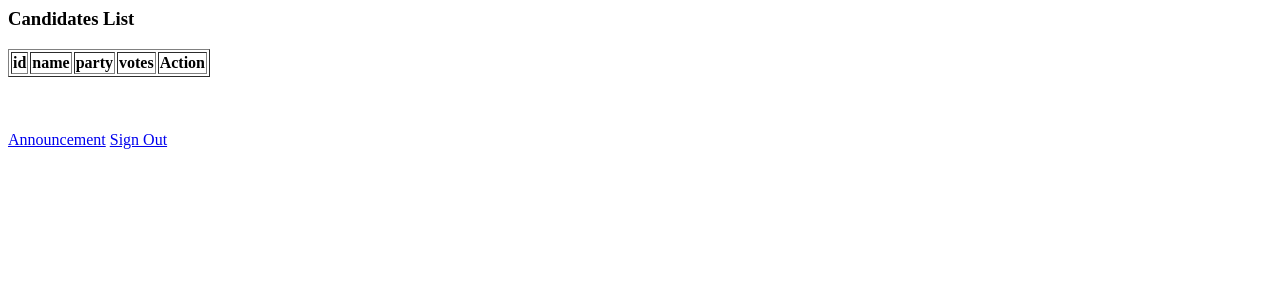
Repository: bhageshchincholi/AdvanceJava
Page: http://localhost/Election/result
An editor plug-in stored every save of this project. The page is shown before and after the next save, followed by the edit.
The browser window is 1280 px wide. The pictures show the whole page.
The page is served by Tomcat 9. Other server files are loaded and not shown. Queries for data that is not in the repository find no rows.

Above is the page before, as saved 2024-06-09 12:39:36.

### Election/Election/src/main/java/com/election/Servlets/ResultServlet.java
package com.election.Servlets;

import java.io.IOException;
import java.io.PrintWriter;
import java.util.ArrayList;
import java.util.List;

import javax.servlet.ServletException;
import javax.servlet.annotation.WebServlet;
import javax.servlet.http.Cookie;
import javax.servlet.http.HttpServlet;
import javax.servlet.http.HttpServletRequest;
import javax.servlet.http.HttpServletResponse;

import com.election.DAO.CandidateDAO;
import com.election.DAO.CandidateDaoImpl;
import com.election.entity.Candidate;

//@WebServlet("/result");
public class ResultServlet extends HttpServlet{

	@Override
	protected void doGet(HttpServletRequest request, HttpServletResponse response) throws ServletException, IOException {
		processRequest(request, response);
	}

	@Override
	protected void doPost(HttpServletRequest request, HttpServletResponse resposnse) throws ServletException, IOException {
		processRequest(request, resposnse);
	}

	protected  void processRequest(HttpServletRequest request,HttpServletResponse response) throws ServletException , IOException
	{
		List<Candidate> candidateList = new ArrayList<Candidate>();
		try(CandidateDAO candidate = new CandidateDaoImpl())
		{
			candidateList = candidate.findAll();
		}
		catch (Exception e) {
			e.printStackTrace();
			throw new ServletException(e);
		}
		response.setContentType("text/html");
		PrintWriter out = response.getWriter();
		out.println("<html>");
		out.println("<head>");
		out.println("<title>Candidates Result</title>");
		out.println("</head>");
		out.println("<body>");
		out.println("<h3>Candidates List</h3>");
//
//		String userName = "";
//		Cookie[] arr = request.getCookies();

//		if(arr != null)
//		{
//			for(Cookie c :arr)
//			{
//				if(c.getName().equals("uname"))
//				{
//
//		userName = c.getValue();
//					break;
//				}
//			}
//		}
//
//		out.printf("Hello , %s<hr/>\n",userName);
		out.println("<table border = '1'>");
		out.println("<thead>");
		out.println("<th>id</th>");
		out.println("<th>name</th>");
		out.println("<th>party</th>");
		out.println("<th>votes</th>");
		out.println("<th>Action</th>");
		out.println("</thead>");
		out.println("<tbody>");
		for(Candidate c: candidateList)
		{
			out.println("<tr>");
			out.printf("<td>%d</td>\n",c.getId());
			out.printf("<td>%s</td>\n",c.getName());
			out.printf("<td>%s</td>\n",c.getParty());
			out.printf("<td>%d</td>\n",c.getVotes());
			out.printf("<td><a href='editCandidate?id=%d'><img width='24' height='24' src='https://webstockreview.net/images/how-to-edit-png-images-6.png'/></a> <a href='deleteCandidate?id=%d'><img width='24' height='24' src='http://pluspng.com/img-png/delete-button-png-delete-icon-1600.png'/></a></td>\n", c.getId(), c.getId());
			out.println("</tr>");
		}
		out.println("</tbody>");
		out.println("</table>");
		out.println("<br/>");
		out.println("<br/>");
		String message = (String) request.getAttribute("message");
		if(message != null)
			out.println("<br/><br/>" +message + "<br/><br/>");

		out.println("<br/>");
		out.println("<a href='announcement.html'>Announcement</a>");
		out.println("<a href='logout'>Sign Out</a>");
		out.println("</body>");
		out.println("</html>");
	}
}

### Election/Election/src/main/java/com/election/DAO/DAO.java
package com.election.DAO;

import java.sql.Connection;
import java.sql.SQLException;

import com.election.utils.DBUtil;

public class DAO {

	protected Connection connection;
	public DAO() throws Exception {
		connection = DBUtil.getConnection();
	}
	public void close() {
		try {
			if(connection != null)
				connection.close();
		} catch (SQLException e) {
			e.printStackTrace();
		}
	}
}

### Election/Election/src/main/java/com/election/DAO/CandidateDaoImpl.java
package com.election.DAO;

import java.sql.PreparedStatement;
import java.sql.ResultSet;
import java.util.ArrayList;
import java.util.List;

import com.election.entity.Candidate;
public class CandidateDaoImpl extends DAO implements CandidateDAO {

	public CandidateDaoImpl() throws Exception {
	}
	public int deleteById(int id) throws Exception {
		String sql = "DELETE FROM candidates WHERE id=?";
		try(PreparedStatement stmt = connection.prepareStatement(sql)) {
			stmt.setInt(1, id);
			int cnt = stmt.executeUpdate();
			return cnt;
		} //stmt.close();
	}
	public List<Candidate> findAll() throws Exception {
		List<Candidate> list = new ArrayList<>();
		String sql = "SELECT * FROM candidates";
		try(PreparedStatement stmt = connection.prepareStatement(sql)) {
			try(ResultSet rs = stmt.executeQuery()) {
				while(rs.next()) {
					int id = rs.getInt("id");
					String name = rs.getString("name");
					String party = rs.getString("party");
					int votes = rs.getInt("votes");
					Candidate c = new Candidate(id, name, party, votes);
					list.add(c);
				}
			} // rs.close();
		} // stmt.close();
		return list;
	}
	public int incrementVote(int candidateId) throws Exception {
		String sql = "UPDATE candidates SET votes=votes+1 WHERE id=?";
		try(PreparedStatement stmt = connection.prepareStatement(sql)) {
			stmt.setInt(1, candidateId);
			int cnt = stmt.executeUpdate();
			return cnt;
		} //stmt.close();
	}
	public List<Candidate> findByParty(String givenParty) throws Exception {
		List<Candidate> list = new ArrayList<>();
		String sql = "SELECT * FROM candidates WHERE party=?";
		try(PreparedStatement stmt = connection.prepareStatement(sql)) {
			stmt.setString(1, givenParty);
			try(ResultSet rs = stmt.executeQuery()) {
				while(rs.next()) {
					int id = rs.getInt("id");
					String name = rs.getString("name");
					String party = rs.getString("party");
					int votes = rs.getInt("votes");
					Candidate c = new Candidate(id, name, party, votes);
					list.add(c);
				}
			} // rs.close();
		} // stmt.close();
		return list;
	}

	public Candidate findById(int id)throws Exception {
		String sql = "SELECT * FROM candidates WHERE id = ?";
		try(PreparedStatement stmt = connection.prepareStatement(sql)) {
			stmt.setInt(1, id);
			try(ResultSet rs = stmt.executeQuery()) {
				while(rs.next()) {
					id = rs.getInt("id");
					String name = rs.getString("name");
					String party = rs.getString("party");
					int votes = rs.getInt("votes");
					Candidate c = new Candidate(id, name, party, votes);
					return c;
				}
			} // rs.close();
		} // stmt.close();
		return null;
	}

	public int save(Candidate c) throws Exception {
		String sql = "INSERT INTO candidates VALUES(default, ?, ?, ?)";
		try(PreparedStatement stmt = connection.prepareStatement(sql)) {
			stmt.setString(1, c.getName());
			stmt.setString(2, c.getParty());
			stmt.setInt(3, c.getVotes());
			return stmt.executeUpdate();
		} // stmt.close();
	}
	public int update(Candidate c) throws Exception {
		String sql = "UPDATE candidates SET name=?, party=?, votes=? WHERE id=?";
		try(PreparedStatement stmt = connection.prepareStatement(sql)) {
			stmt.setString(1, c.getName());
			stmt.setString(2, c.getParty());
			stmt.setInt(3, c.getVotes());
			stmt.setInt(4, c.getId());
			return stmt.executeUpdate();
		} // stmt.close();
	}
	public List<Candidate> getCandidatewiseVotes() throws Exception {
		List<Candidate> list = new ArrayList<>();
		String sql = "SELECT * FROM candidates ORDER BY votes DESC";
		try(PreparedStatement stmt = connection.prepareStatement(sql)) {
			try(ResultSet rs = stmt.executeQuery()) {
				while(rs.next()) {
					int id = rs.getInt("id");
					String name = rs.getString("name");
					String party = rs.getString("party");
					int votes = rs.getInt("votes");
					Candidate c = new Candidate(id, name, party, votes);
					list.add(c);
				}
			} // rs.close();
		} // stmt.close();
		return list;
	}
}

### Election/Election/src/main/java/com/election/utils/DBUtil.java
package com.election.utils;

import java.sql.Connection;
import java.sql.DriverManager;
import java.sql.SQLException;

public class DBUtil {

	public static final String DB_DRIVER = "com.mysql.cj.jdbc.Driver";
	public static final String DB_URL = "jdbc:mysql://localhost:3306/electiondb";
	public static final String DB_USER = "root";
	public static final String DB_PASSWD = "manager";


	//  if db driver is not present then it will exit
	static {
		try {
			Class.forName(DB_DRIVER);
		} catch (ClassNotFoundException e) {
			e.printStackTrace();
			System.exit(1);
		}
	}

	public static Connection getConnection() throws SQLException {
		Connection connection = DriverManager.getConnection(DB_URL, DB_USER, DB_PASSWD);
		return connection;
	}

}

After the next save:
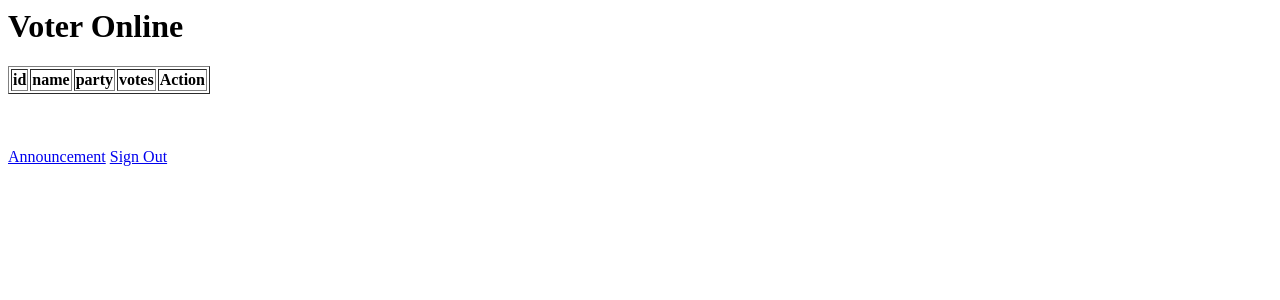
Saved 39 s later.
--- a/Election/Election/src/main/java/com/election/Servlets/ResultServlet.java
+++ b/Election/Election/src/main/java/com/election/Servlets/ResultServlet.java
@@ -5,6 +5,7 @@ import java.io.PrintWriter;
 import java.util.ArrayList;
 import java.util.List;
 
+import javax.servlet.ServletContext;
 import javax.servlet.ServletException;
 import javax.servlet.annotation.WebServlet;
 import javax.servlet.http.Cookie;
@@ -47,7 +48,14 @@ public class ResultServlet extends HttpServlet{
 		out.println("<title>Candidates Result</title>");
 		out.println("</head>");
 		out.println("<body>");
-		out.println("<h3>Candidates List</h3>");
+
+
+		ServletContext serv = this.getServletContext();
+		String appTitle = serv.getInitParameter("AppTitle");
+		out.printf("<h1>%s</h1>",appTitle);
+
+//		out.println("<h3>Candidates List</h3>");
+
 //
 //		String userName = "";
 //		Cookie[] arr = request.getCookies();
